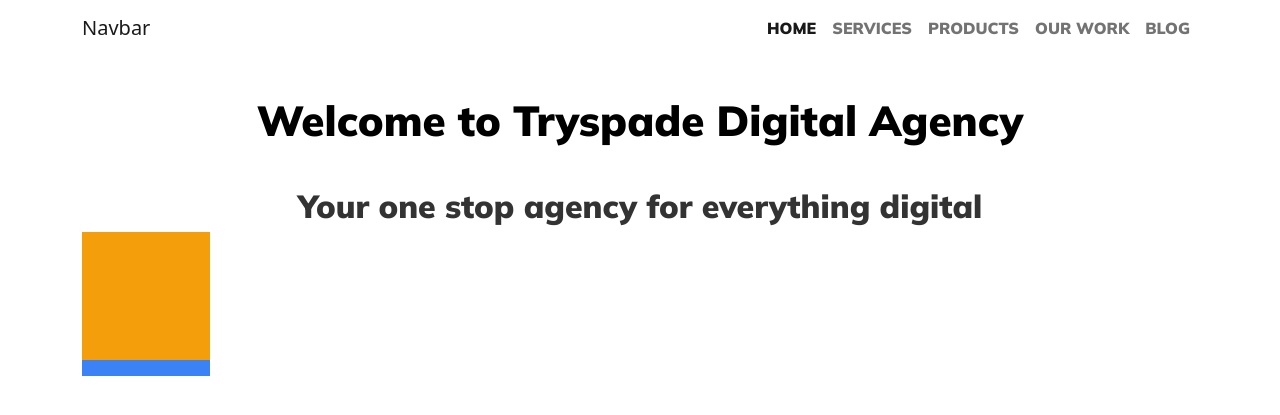
Repository: latenightsnacc/super-octo-fortnight
Page: index.html
These files come from the project's save history. The page is drawn as it stood at one moment and after the next save; the edit follows.
The browser window is 1280 px wide. The pictures show the whole page.
Some web libraries are served in a nearby version. The style sheet was rebuilt from its Sass, Less or Tailwind sources for each picture, by a compiler version that may differ from the author's.

Above is the page before, as saved 2021-01-29 12:18:14.

After the next save:
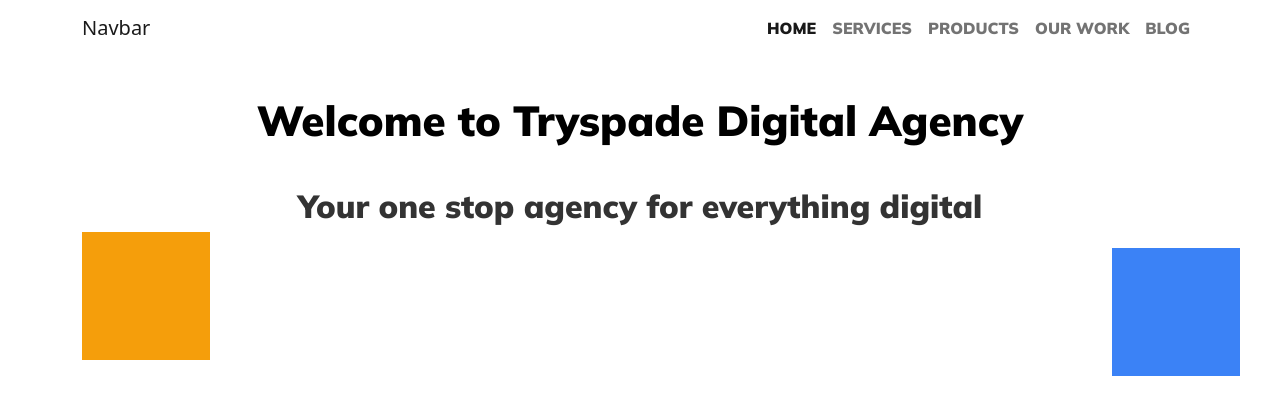
Saved 6 s later.
--- a/index.html
+++ b/index.html
@@ -60,7 +60,7 @@
                     <div class="absolute bottom-50 left-50 ...">
                         <div class="border-2 border-yellow-500 bg-yellow-500 w-32 h-32"></div>
                     </div>
-                    <div class="absolute bottom-70 right-50 ...">
+                    <div class="absolute bottom-70 right-10 ...">
                         <div class="border-2 border-blue-500 bg-blue-500 w-32 h-32"></div>
                     </div>
                     <div class="absolute bottom-50 left-50 ...">
